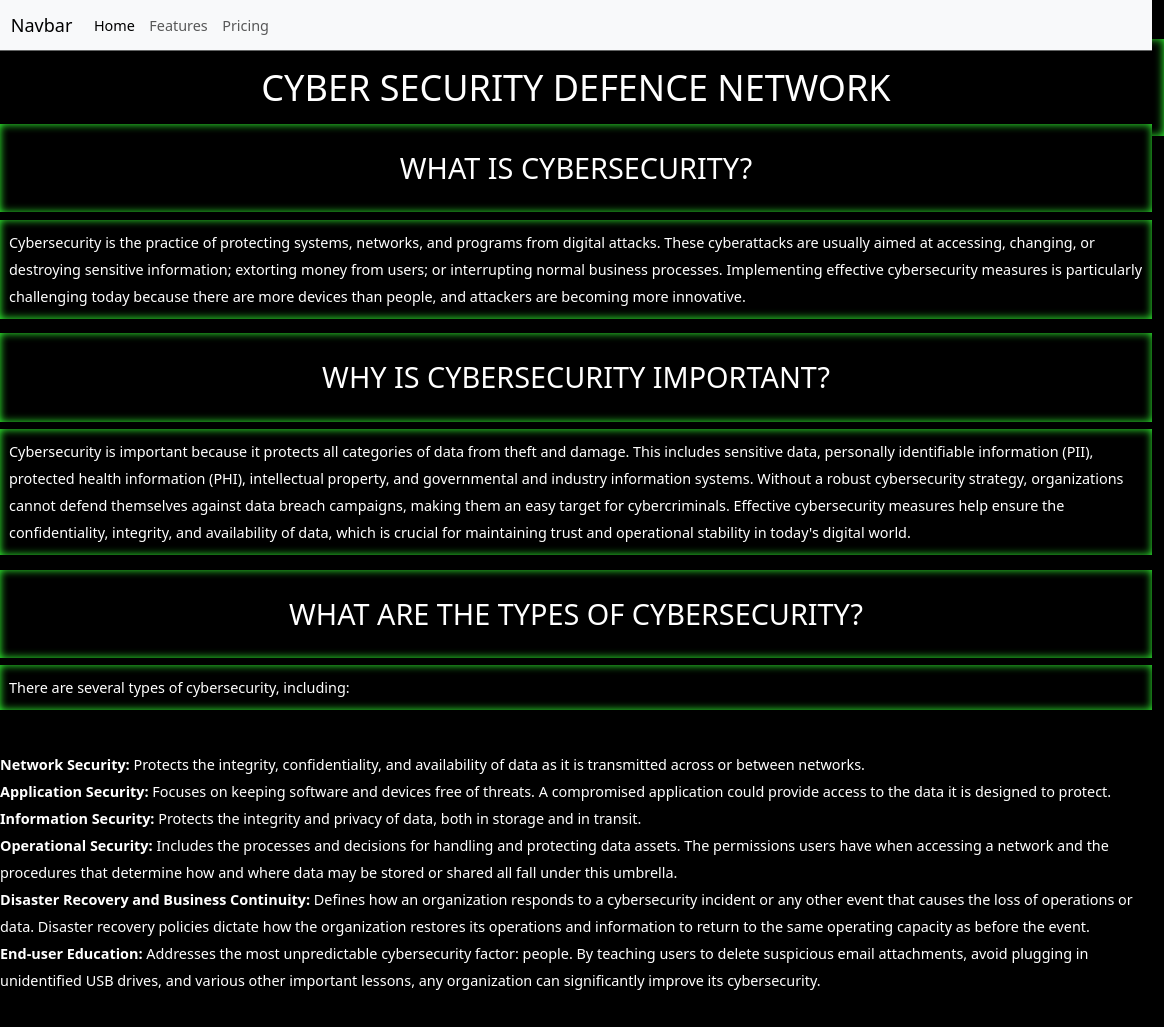
Repository: newworldhost/nwh
Page: index.html
These files come from the project's save history. The page is drawn as it stood at one moment and after a run of saves; the edit follows.
The browser window is 1280 px wide. The page is 1293 px wide, so the pictures cover 1293 px, including what lies to the right of the window. The pictures show the whole page, at 90% of full size.

Above is the page before, as saved 2025-03-04 16:03:12.

After the next 4 saves:
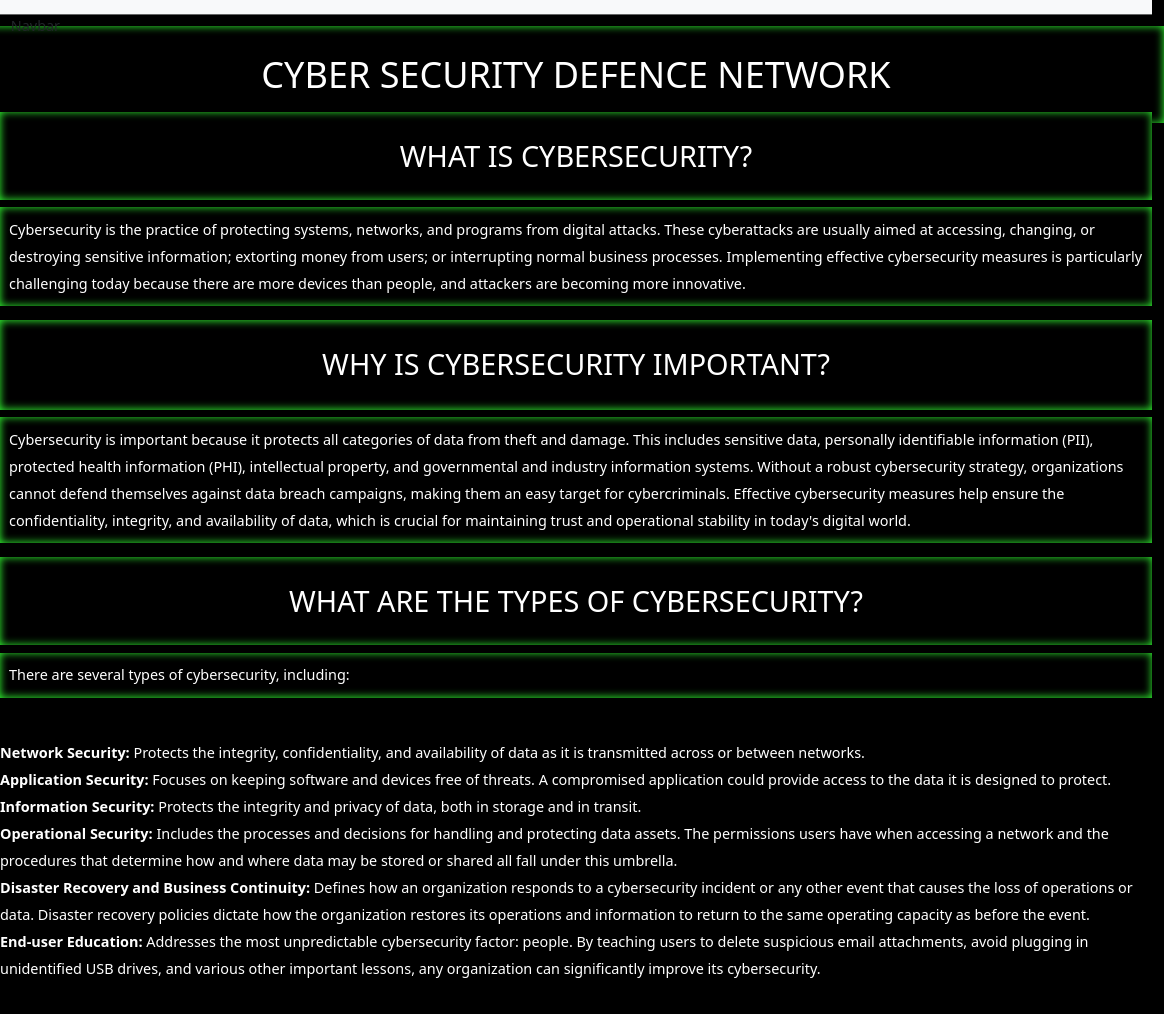
The 4 saves are shown as one change because they came seconds apart.
The last was saved 19 s later.
--- a/index.html
+++ b/index.html
@@ -13,8 +13,7 @@
 </head>
 <body>
     <header>
-        <nav class="navbar navbar-expand-lg bg-body-tertiary data-bs-theme="dark">
-            <div class="container-fluid">
+        <nav class="navbar navbar-expand-lg bg-body-tertiary data-bs-theme="dark""></nav>            <div class="container-fluid">
               <a class="navbar-brand" href="#">Navbar</a>
               <button class="navbar-toggler" type="button" data-bs-toggle="collapse" data-bs-target="#navbarNavAltMarkup" aria-controls="navbarNavAltMarkup" aria-expanded="false" aria-label="Toggle navigation">
                 <span class="navbar-toggler-icon"></span>

After the save that followed:
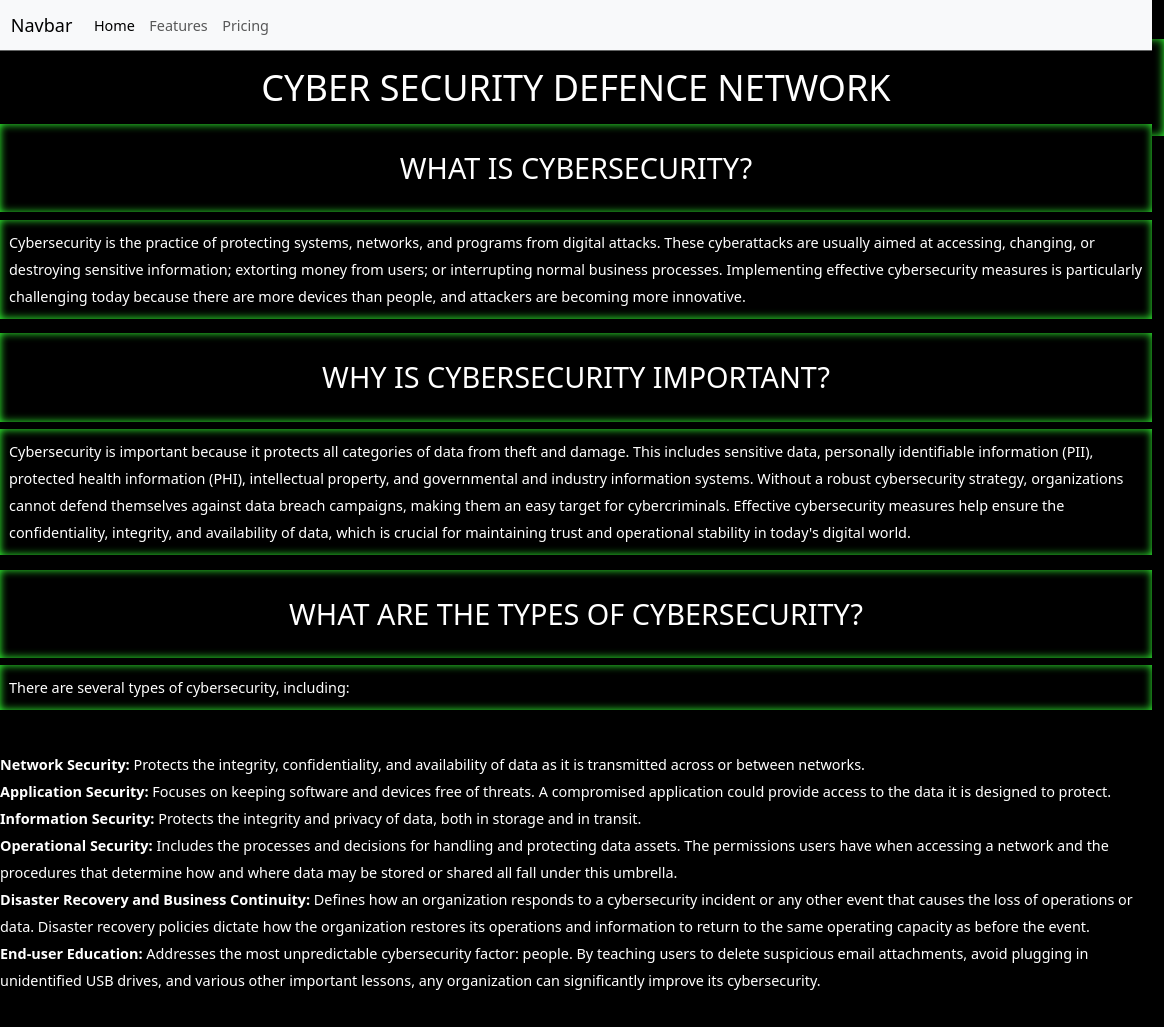
Saved 4 s later.
--- a/index.html
+++ b/index.html
@@ -13,7 +13,7 @@
 </head>
 <body>
     <header>
-        <nav class="navbar navbar-expand-lg bg-body-tertiary data-bs-theme="dark""></nav>            <div class="container-fluid">
+        <nav class="navbar navbar-expand-lg bg-body-tertiary data-bs-theme="dark"">            <div class="container-fluid">
               <a class="navbar-brand" href="#">Navbar</a>
               <button class="navbar-toggler" type="button" data-bs-toggle="collapse" data-bs-target="#navbarNavAltMarkup" aria-controls="navbarNavAltMarkup" aria-expanded="false" aria-label="Toggle navigation">
                 <span class="navbar-toggler-icon"></span>
